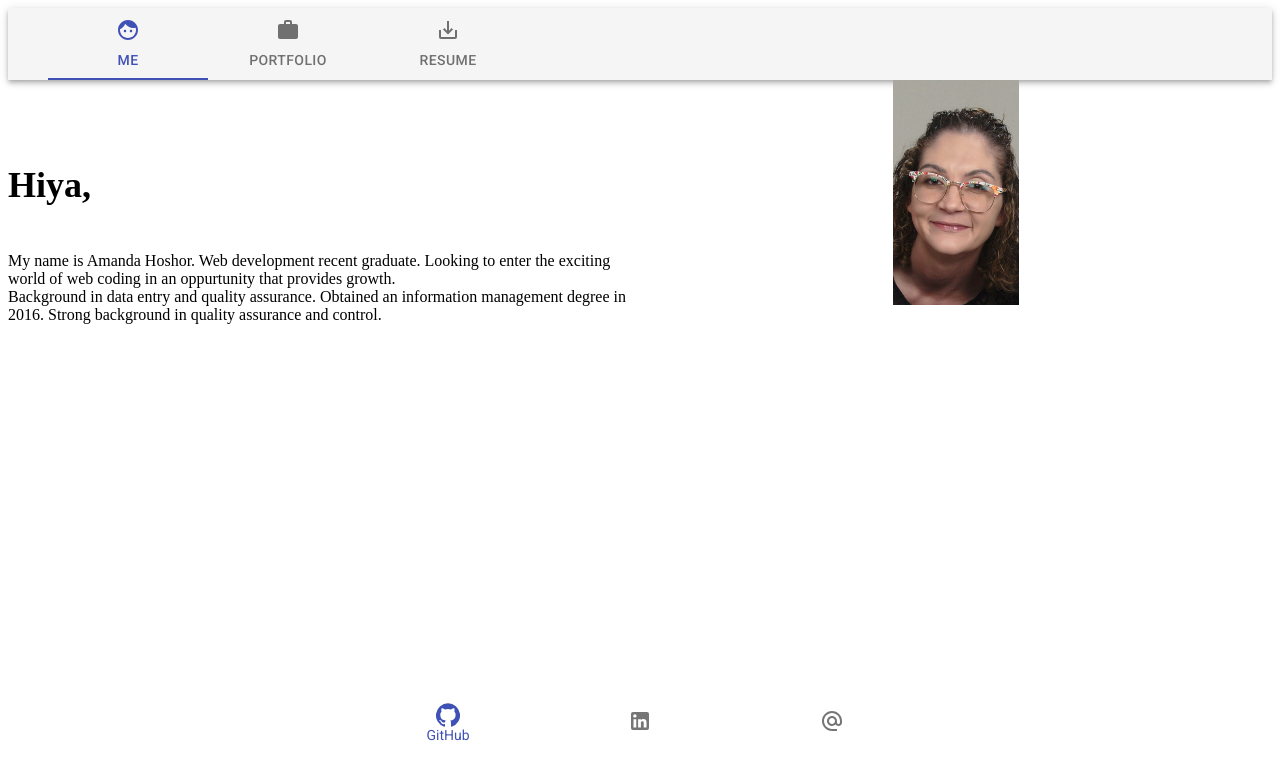
Repository: mandahos/hoshor
Page: /
These files come from the project's save history. The page is drawn as it stood at one moment and after the next save; the edit follows.
The browser window is 1280 px wide. The pictures show the whole page.
The project was rebuilt for these pictures with package versions that can differ from the ones it lists, and the page was loaded fresh each time. Also part of the build but not shown: src/components/Portfolio/index.js, src/components/Resume/index.js. Imported but missing from the stored project, and not drawn on this page: src/assets/resume/Amanda_Hoshor_Resume.PDF, src/assets/resume/Resume_Hoshor (1).pdf.

Above is the page before, as saved 2021-08-20 00:57:16.

### public/index.html
<!DOCTYPE html>
<html lang="en">
  <head>
    <meta charset="utf-8" />
    <link rel="icon" href="%PUBLIC_URL%/favicon.ico" />
    <meta name="viewport" content="width=device-width, initial-scale=1" />
    <meta name="theme-color" content="#000000" />
    <meta
      name="description"
      content="Web site created using create-react-app"
    />
    <link rel="apple-touch-icon" href="%PUBLIC_URL%/logo192.png" />
    <link rel="stylesheet" href="https://fonts.googleapis.com/css?family=Roboto:300,400,500,700&display=swap" />

    <!--
      manifest.json provides metadata used when your web app is installed on a
      user's mobile device or desktop. See https://developers.google.com/web/fundamentals/web-app-manifest/
    -->

    <link rel="stylesheet" href="https://fonts.googleapis.com/icon?family=Material+Icons" />
    <link rel="manifest" href="%PUBLIC_URL%/manifest.json" />
    <!--
      Notice the use of %PUBLIC_URL% in the tags above.
      It will be replaced with the URL of the `public` folder during the build.
      Only files inside the `public` folder can be referenced from the HTML.

      Unlike "/favicon.ico" or "favicon.ico", "%PUBLIC_URL%/favicon.ico" will
      work correctly both with client-side routing and a non-root public URL.
      Learn how to configure a non-root public URL by running `npm run build`.
    -->
    <title>Hoshor</title>
  </head>
  <body>
    <noscript>You need to enable JavaScript to run this app.</noscript>
    <div id="root"></div>
    <!--
      This HTML file is a template.
      If you open it directly in the browser, you will see an empty page.

      You can add webfonts, meta tags, or analytics to this file.
      The build step will place the bundled scripts into the <body> tag.

      To begin the development, run `npm start` or `yarn start`.
      To create a production bundle, use `npm run build` or `yarn build`.
    -->
  </body>
</html>

### src/index.js
import React from 'react';
import ReactDOM from 'react-dom';
import './css/styles.css';
import App from './App';

ReactDOM.render(
  <React.StrictMode>
    <App />

  </React.StrictMode>,
  document.getElementById('root')
);

// If you want to start measuring performance in your app, pass a function
// to log results (for example: reportWebVitals(console.log))
// or send to an analytics endpoint. Learn more: https://bit.ly/CRA-vitals

### src/css/styles.css
.App {
  font-family: Arial, Helvetica, sans-serif;
  text-align: center;
  background-color: #7A6174;
  color: white
}
h1 {
  font-size: 48px;

}
h2 {
  font-size: 14px
}
.About {
  font-family: Cambria, Cochin, Georgia, Times, 'Times New Roman', serif
}
h3 {
  text-align: left;
}

p {
  text-align: left;
}

### src/App.js
import React, { useState } from "react";
import "./css/styles.css";
import  Navigation from "./components/Navigation";
import  Footer  from "./components/Footer";

// import background from "./assets/images/plug.png"


export default function App() {
   return (
    <div>
      <Navigation />



        <Footer />
    </div>
  )
}

### src/components/Navigation/index.js
import React from 'react';
import PropTypes from 'prop-types';
import { makeStyles } from '@material-ui/core/styles';
import AppBar from '@material-ui/core/AppBar';
import Tabs from '@material-ui/core/Tabs';
import Tab from '@material-ui/core/Tab';

import FaceIcon from '@material-ui/icons/Face';
import WorkIcon from '@material-ui/icons/Work';
import SaveAltIcon from '@material-ui/icons/SaveAlt';

import Typography from '@material-ui/core/Typography';
import Box from '@material-ui/core/Box';

import Me from '../Me/index'
import Portfolio from '../Portfolio/index'
import Resume from '../Resume/index'

function TabPanel(props) {
  const { children, value, index, ...other } = props;

  return (
    <div
      role="tabpanel"
      hidden={value !== index}
      id={`scrollable-force-tabpanel-${index}`}
      aria-labelledby={`scrollable-force-tab-${index}`}
      {...other}
    >
      {value === index && (
        <Box p={3}>
          <Typography>{children}</Typography>
        </Box>
      )}
    </div>
  );
}

TabPanel.propTypes = {
  children: PropTypes.node,
  index: PropTypes.any.isRequired,
  value: PropTypes.any.isRequired,
};

function a11yProps(index) {
  return {
    id: `scrollable-force-tab-${index}`,
    'aria-controls': `scrollable-force-tabpanel-${index}`,
  };
}

const useStyles = makeStyles((theme) => ({
  root: {
    flexGrow: 1,
    width: '100%',
    backgroundColor: theme.palette.background.paper,
  },
}));

export default function ScrollableTabsButtonForce() {
  const classes = useStyles();
  const [value, setValue] = React.useState(0);

  const handleChange = (event, newValue) => {
    setValue(newValue);
  };


  return (
    <>
      <div className={classes.root}>
        <AppBar position="static" color="default">
          <Tabs
            value={value}
            onChange={handleChange}
            variant="scrollable"
            scrollButtons="on"
            indicatorColor="primary"
            textColor="primary"
            aria-label="scrollable force tabs example"
          >

            <Tab label="Me" icon={<FaceIcon />} {...a11yProps(0)} />
            <Tab label="Portfolio" icon={<WorkIcon />} {...a11yProps(1)} />
            <Tab label="Resume" icon={<SaveAltIcon />} {...a11yProps(2)} />
          </Tabs>
        </AppBar>


        {value === 0 && <Me />}
        {value === 1 && <Portfolio />}
        {value === 2 && <Resume />}

      </div>
    </>
  );
}

### src/components/Footer/index.js
import React from 'react';
import { makeStyles } from '@material-ui/core/styles';
import BottomNavigation from '@material-ui/core/BottomNavigation';
import BottomNavigationAction from '@material-ui/core/BottomNavigationAction';
import LinkedInIcon from '@material-ui/icons/LinkedIn';
import GitHubIcon from '@material-ui/icons/GitHub';
import AlternateEmailIcon from '@material-ui/icons/AlternateEmail';
import CSS from './footer.css'

const useStyles = makeStyles({
  root: {
    width: 500,
  },
});

export default function LabelBottomNavigation() {
  const footer = useStyles();
  const [value, setValue] = React.useState('recents');

  const handleChange = (event, newValue) => {
    setValue(newValue);
  };

  return (
    <BottomNavigation value={value} onChange={handleChange} className={footer}>
      <BottomNavigationAction a href="https://github.com/mandahos" label="GitHub" value="recents" icon={<GitHubIcon />} />
      <BottomNavigationAction a href="https://www.linkedin.com/in/amanda-hoshor/" label="LinkedIn" value="favorites" icon={<LinkedInIcon />} />
      <BottomNavigationAction a href="mailto:hoshor.manda@gmail.com" label="Email" value="nearby" icon={<AlternateEmailIcon />} />

    </BottomNavigation>
  );
}

### src/components/Me/index.js
import React from 'react';
import {
  Container,
  Stack,
  Flex,
  Box,
  Heading,
  Text,
  Image

} from '@chakra-ui/react';


import picture from '../../assets/images/react-profile.png'

const Me = () => {

  return (

    <Container maxW={'7xl'}>
      <Stack
        align={'center'}
        spacing={{ base: 8, md: 10 }}
        py={{ base: 20, md: 28 }}
        direction={{ base: 'column', md: 'row' }}>

        <Stack flex={1} spacing={{ base: 5, md: 10 }}>
          <Heading
            lineHeight={1.1}
            fontWeight={800}
            fontSize={36}
            >
            <Text
              as={'span'}
              position={'relative'}
              _after={{
                content: "''",
                width: 'full',
                height: '80%',
                position: 'absolute',
                bottom: 1,
                left: 0,
                bg: 'red.400',
                zIndex: -1,

              }}>
              Hiya,
            </Text>
            <br />

          </Heading>
          <Text color={'black.500'}>
            My name is Amanda Hoshor. Web development recent graduate. Looking to enter the exciting world of web coding in an oppurtunity that provides growth.
            <br/>
            Background in data entry and quality assurance. Obtained an information management degree in 2016. Strong background in quality assurance and control.
          </Text>
          <Stack
            spacing={{ base: 4, sm: 6 }}
            direction={{ base: 'column', sm: 'row' }}>

          </Stack>
        </Stack>
        <Flex
          flex={1}
          justify={'center'}
          align={'center'}
          position={'relative'}
          w={'full'}>

          <Box
            position={'relative'}
            height={'300px'}
            rounded={'2xl'}
            boxShadow={'2xl'}
            width={'full'}
            overflow={'hidden'}>

            <Image
              alt={'Me'}
              fit={'cover'}
              align={'center'}
              w={'100%'}
              h={'75%'}
              src={
                picture
              }
            />
          </Box>
        </Flex>
      </Stack>
    </Container>
  );
}

export default Me;

### src/components/Footer/footer.css
.root {
    display: block;
    margin-left: auto;
    margin-right: auto;
    margin-top: 25%;
    justify-content: center;
}

After the next save:
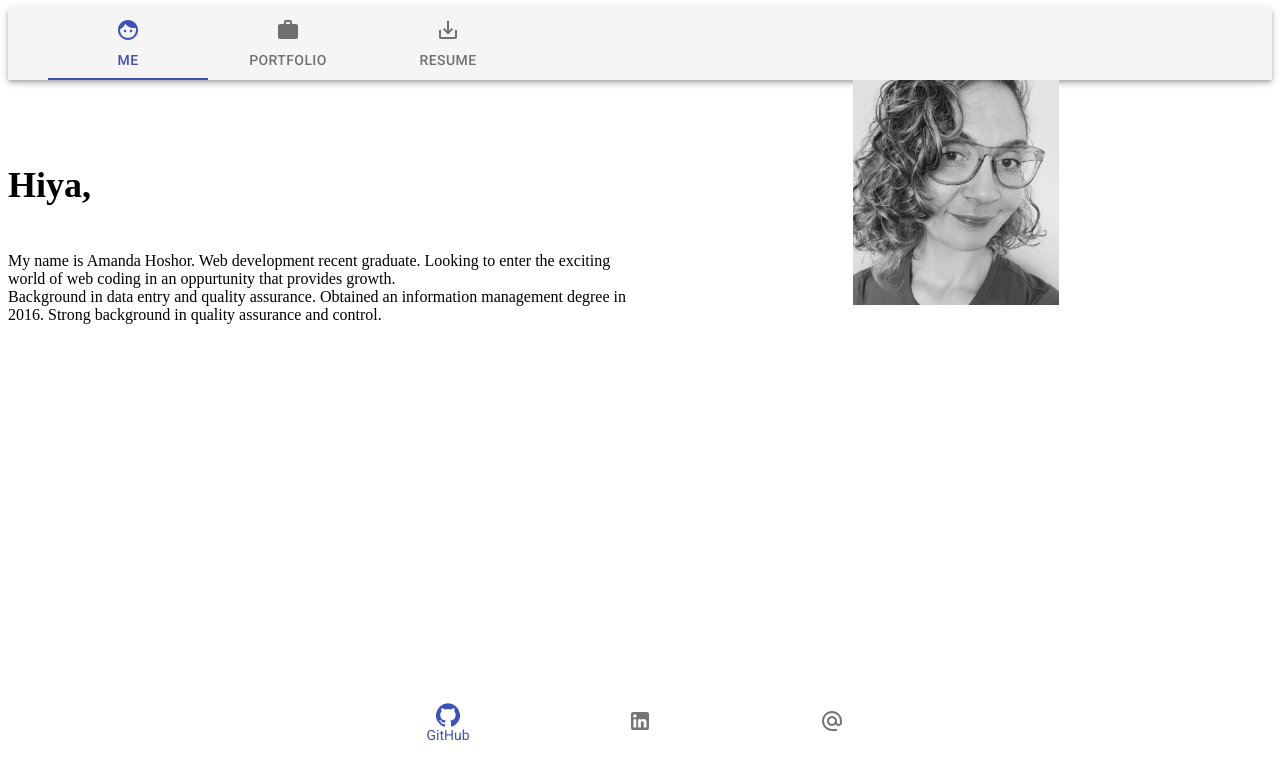
Saved 2 days later.
--- a/src/components/Me/index.js
+++ b/src/components/Me/index.js
@@ -11,7 +11,7 @@ import {
 } from '@chakra-ui/react';
 
 
-import picture from '../../assets/images/react-profile.png'
+import picture from '../../assets/images/portfolio.jpg'
 
 const Me = () => {
 
